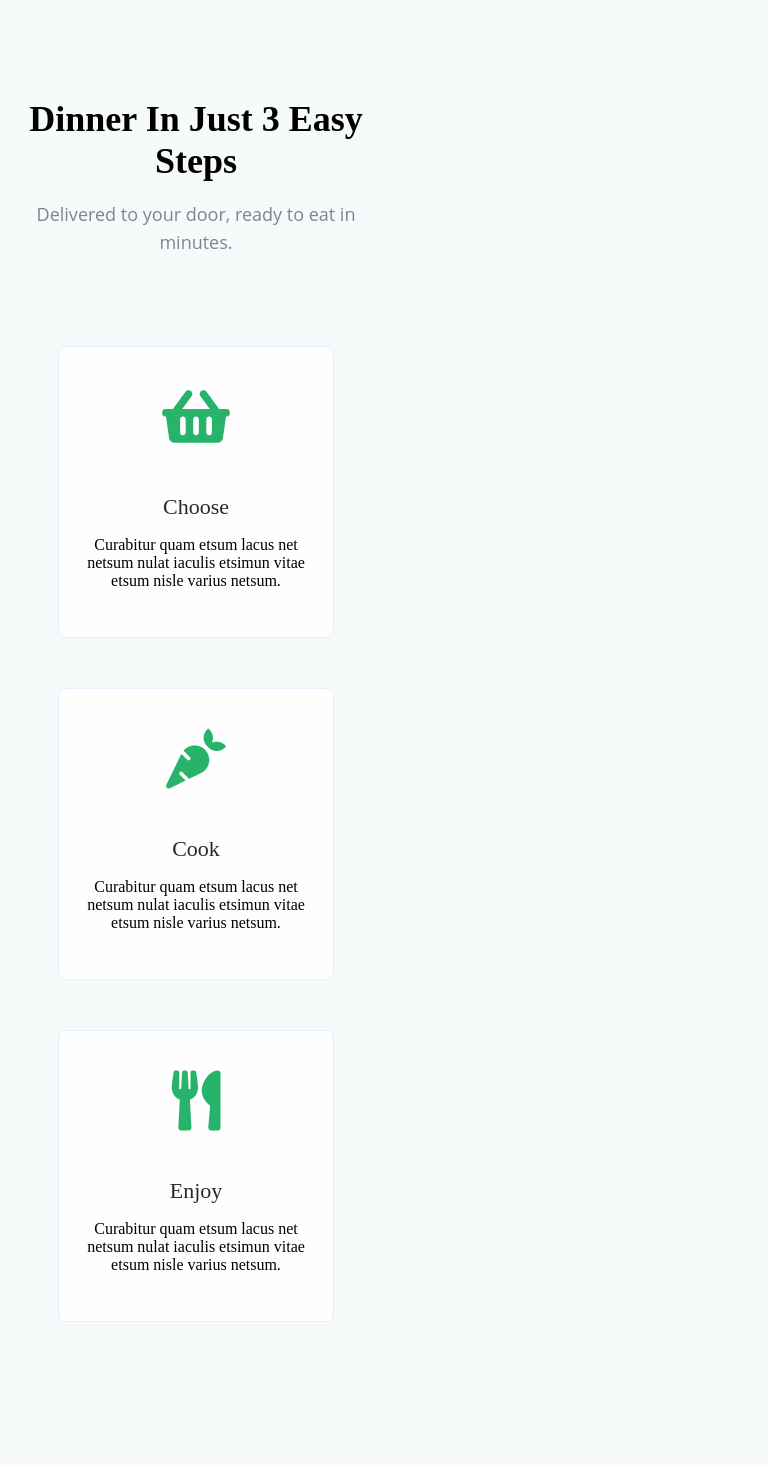
Repository: ST-United-Internship/leadpage
Page: card-UI.html
An editor plug-in stored every save of this project. The page is shown before and after the next save, followed by the edit.
The browser window is 768 px wide. The pictures show the whole page.

Above is the page before, as saved 2023-03-15 16:20:26.

After the next save:
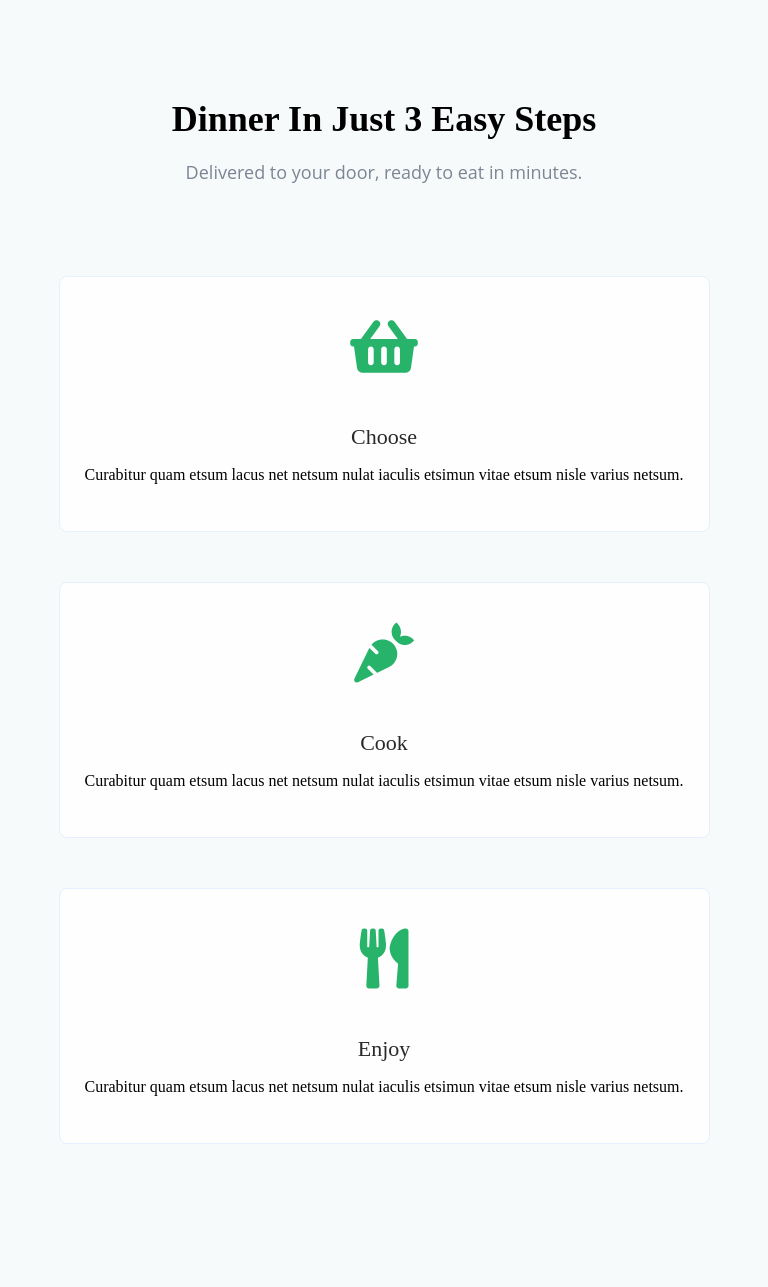
Saved 13 s later.
--- a/css/card-UI.css
+++ b/css/card-UI.css
@@ -94,7 +94,7 @@ section{
         align-items: center;
         /* margin-right: -20px;
         margin-left: -20px; */
-        max-width: 50%;
+        max-width: 100%;
     }
     .columm{
         /* width: auto; */
